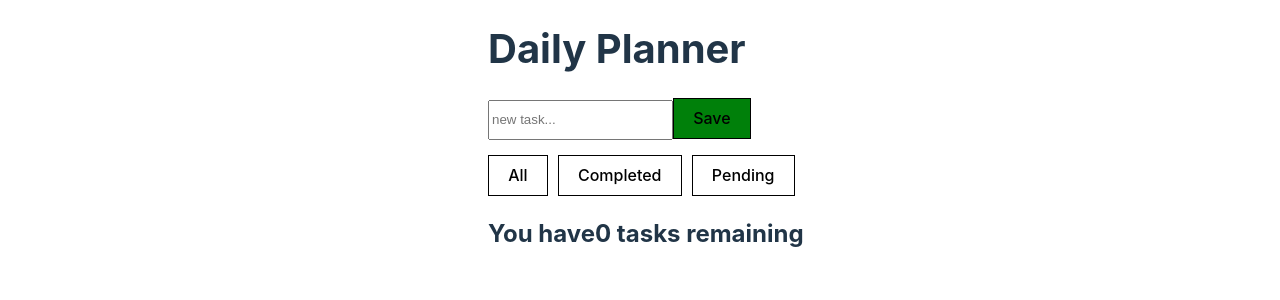
Repository: leslie179/labfour
Page: / (app in labfour/)
An editor plug-in stored every save of this project. The page is shown before and after the next save, followed by the edit.
The browser window is 1280 px wide. The pictures show the whole page.
The project was rebuilt for these pictures with package versions that can differ from the ones it lists, and the page was loaded fresh each time. Also part of the build but not shown: labfour/vite.config.js, labfour/src/components/Task.jsx.

Above is the page before, as saved 2024-10-27 19:54:07.

After the next save:
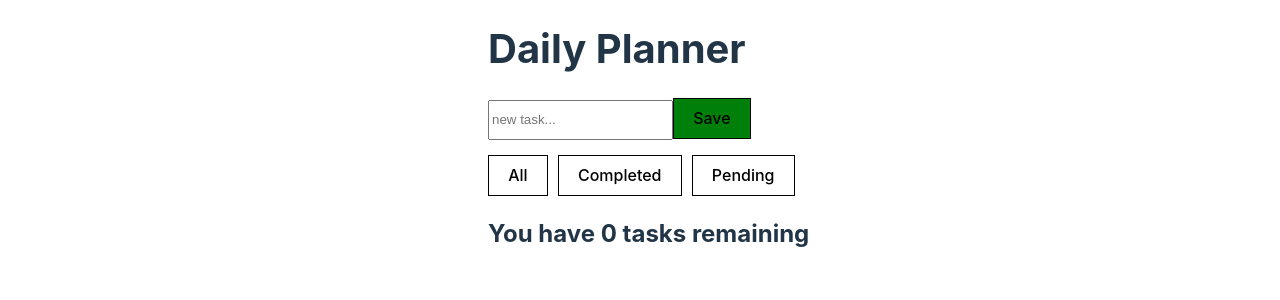
Saved 10 s later.
--- a/labfour/src/App.jsx
+++ b/labfour/src/App.jsx
@@ -18,7 +18,7 @@ function App() {
       <button className="filter-button" onClick={() => setFilter("Completed")}>Completed</button>
       <button className="filter-button" onClick={() => setFilter("Pending")}>Pending</button>
 
-      <h2>You have{remainingTasks} task{remainingTasks !== 1 ? 's' : ''} remaining</h2>
+      <h2>You have {remainingTasks} task{remainingTasks !== 1 ? 's' : ''} remaining</h2>
 
       <ul>
         {tasks.filter((task) => {
